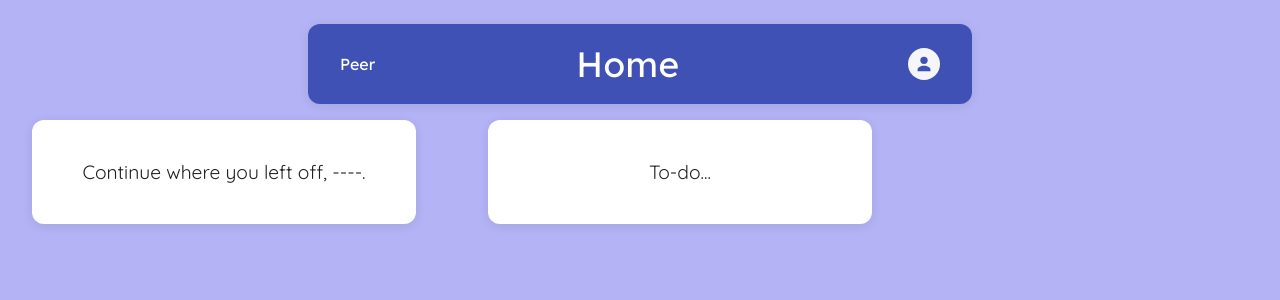
Repository: saifg123/Peer
Page: home.html
An editor plug-in stored every save of this project. The page is shown before and after the next save, followed by the edit.
The browser window is 1280 px wide. The pictures show the whole page.

Above is the page before, as saved 2025-05-24 20:25:45.

After the next save:
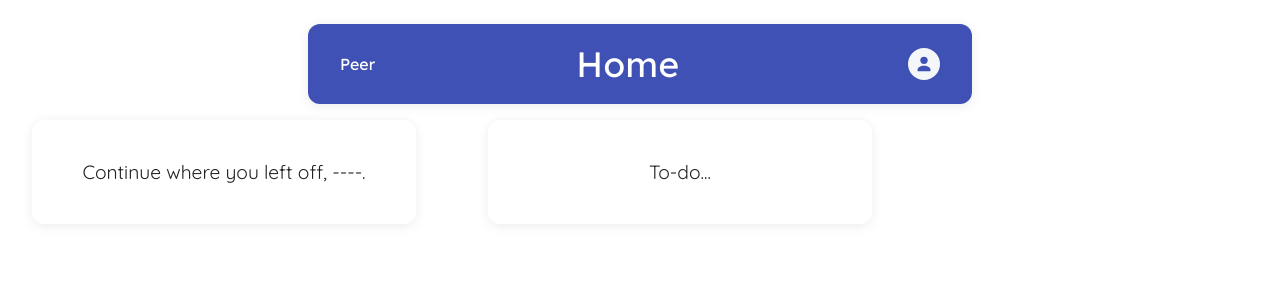
Saved 10 s later.
--- a/home.html
+++ b/home.html
@@ -78,6 +78,12 @@
             fill: #3f51b5;
         }
     </style>
+    <script>
+    window.addEventListener('load', () => {
+        document.body.style.background = '#fff';
+    });
+</script>
+
     <style>
       body {
     background: #b3b3f5;
